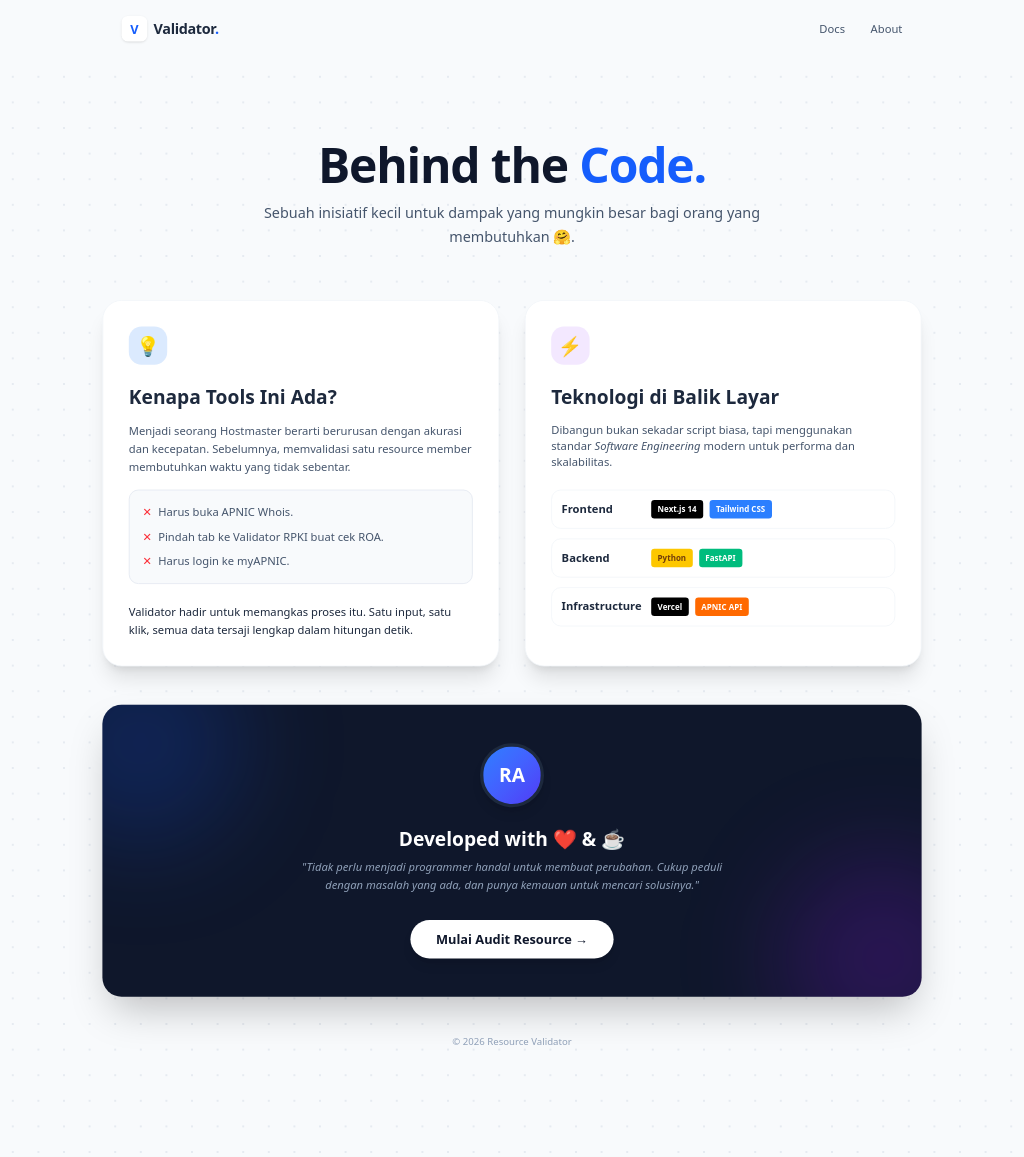
Repository: KilluaProject/resource_validator
Page: /about
These files come from the project's save history. The page is drawn as it stood at one moment and after the next save; the edit follows.
The browser window is 1280 px wide. The pictures show the whole page, at 80% of full size.
The project was rebuilt for these pictures with package versions that can differ from the ones it lists, and the page was loaded fresh each time. The framework's server and built-in components were replaced by stand-ins that run in the browser. Also part of the build but not shown: next.config.ts.

Above is the page before, as saved 2026-01-11 19:43:19.

After the next save:
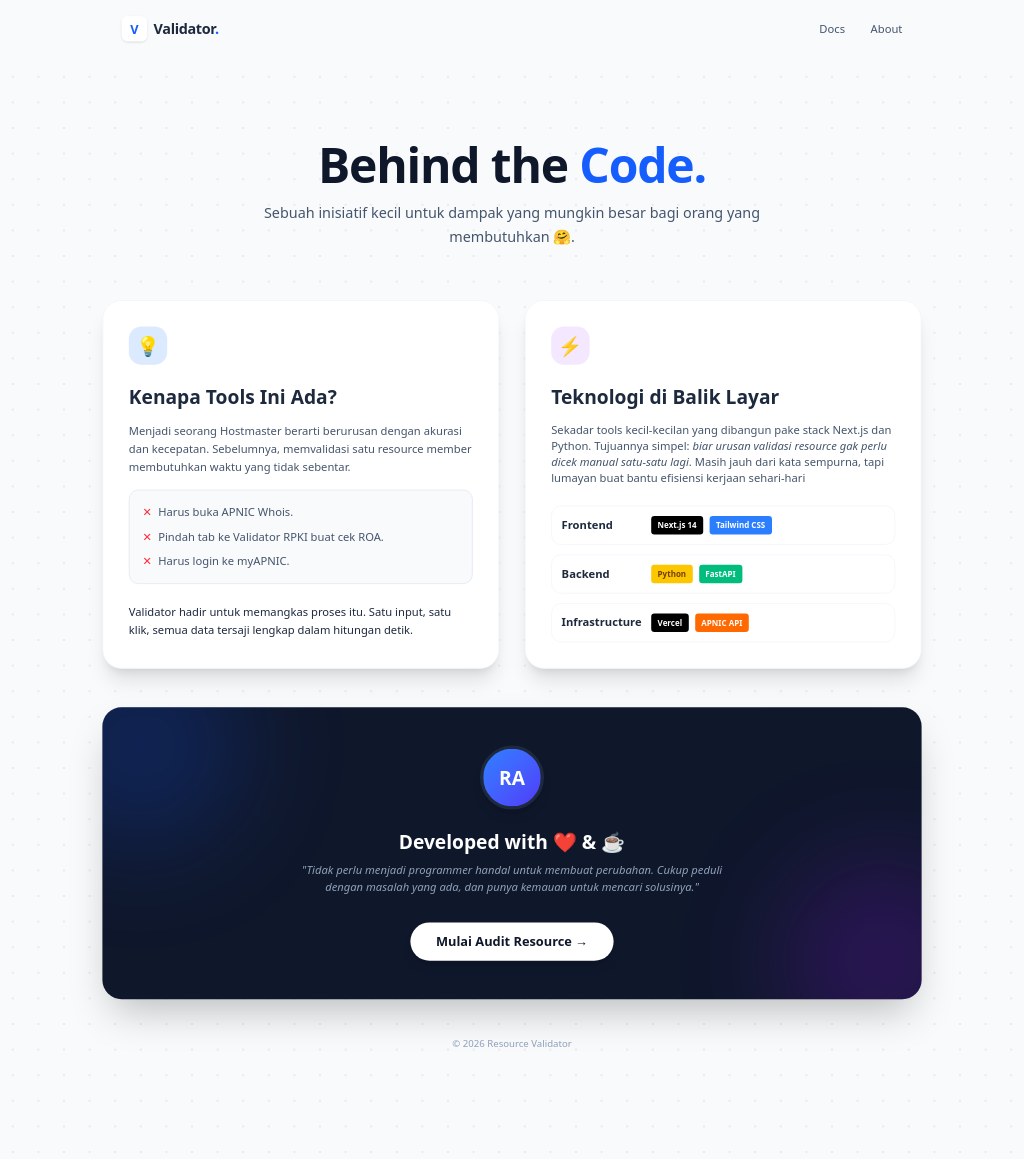
Saved 18 h 42 min later.
--- a/app/about/page.tsx
+++ b/app/about/page.tsx
@@ -58,7 +58,7 @@
             </div>
             <h2 className="text-2xl font-bold text-slate-800 mb-4">Teknologi di Balik Layar</h2>
             <p className="text-slate-600 text-sm mb-6">
-              Dibangun bukan sekadar script biasa, tapi menggunakan standar <i>Software Engineering</i> modern untuk performa dan skalabilitas.
+              Sekadar tools kecil-kecilan yang dibangun pake stack Next.js dan Python. Tujuannya simpel: <i>biar urusan validasi resource gak perlu dicek manual satu-satu lagi</i>. Masih jauh dari kata sempurna, tapi lumayan buat bantu efisiensi kerjaan sehari-hari
             </p>
 
             <div className="grid grid-cols-1 gap-3">
